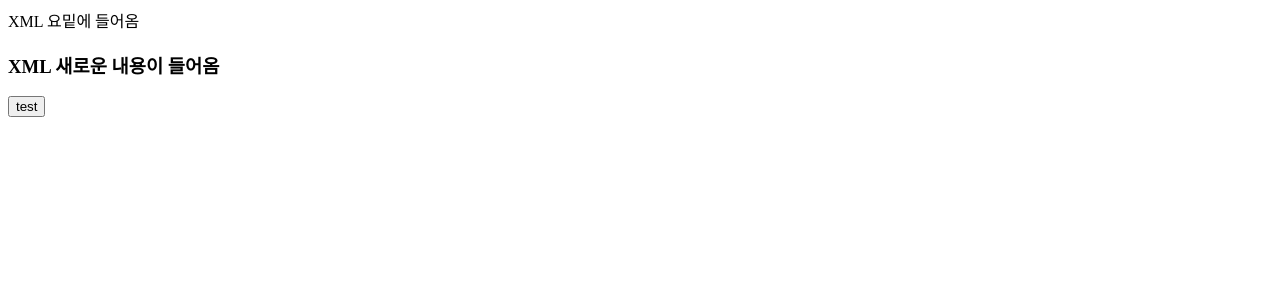
Repository: silenttemplar/java_start_project
Page: http://localhost/Ajax_exam2/test1.jsp
The author's editor kept a copy of each file at every save. The page is drawn from the files as they stood at one save, then again after the next save.
The browser window is 1280 px wide. The pictures show the whole page.
The page is served by Tomcat 9.

Above is the page before, as saved 2014-08-22 08:11:58.

After the next save:
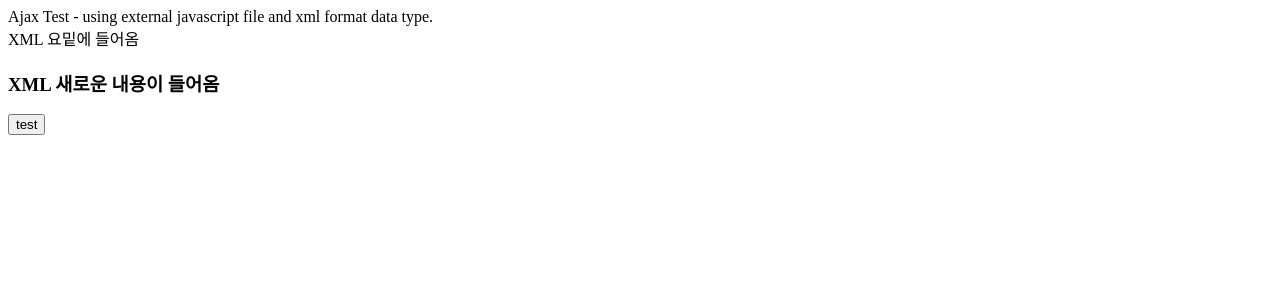
Saved 47 s later.
--- a/hansung_ee_2014/Ajax_exam2/WebContent/test1.jsp
+++ b/hansung_ee_2014/Ajax_exam2/WebContent/test1.jsp
@@ -8,6 +8,7 @@
 <script src="scripts/test1.js" type="text/javascript"></script>
 </head>
 <body>
+Ajax Test - using external javascript file and xml format data type.<br>
  XML 요밑에 들어옴
 
  <div id="content">
